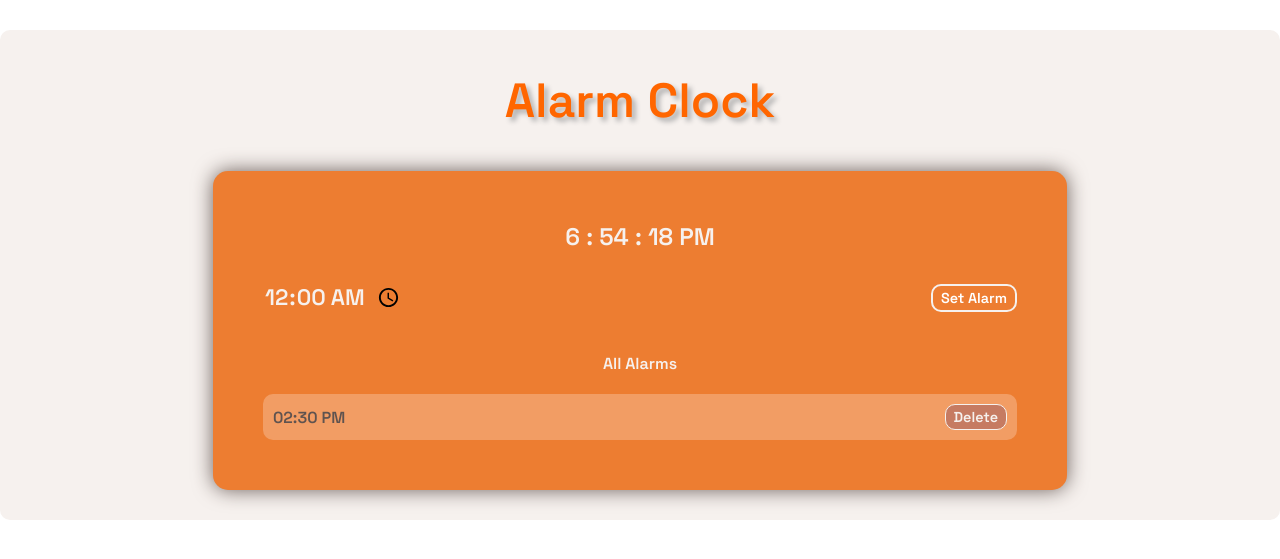
Repository: Pragya016/Alarm-Clock
Page: Index.html
The author's editor kept a copy of each file at every save. The page is drawn from the files as they stood at one save, then again after the next save.
The browser window is 1280 px wide. The pictures show the whole page.

Above is the page before, as saved 2024-01-19 22:24:01.

After the next save:
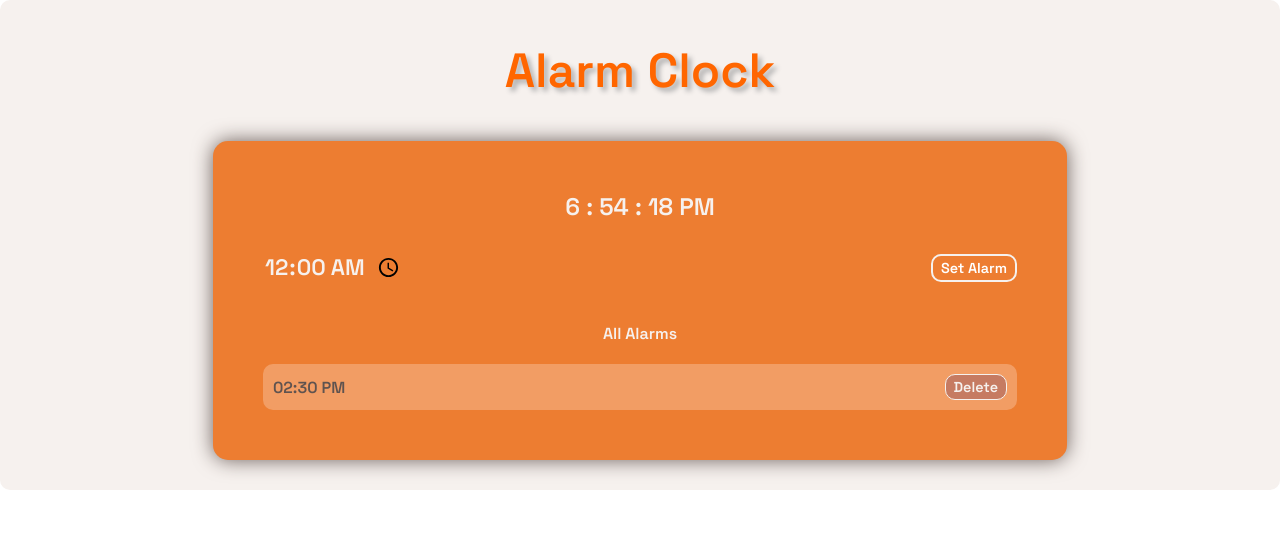
Saved 17 s later.
--- a/styles.css
+++ b/styles.css
@@ -27,7 +27,7 @@ font-family: 'Space Grotesk', sans-serif;
     height: auto;
     padding: 30px;
     width: 100%;
-    margin: 30px auto;
+    margin: auto;
     border-radius: 10px;
     background-color: var(--creamColor);
 }
